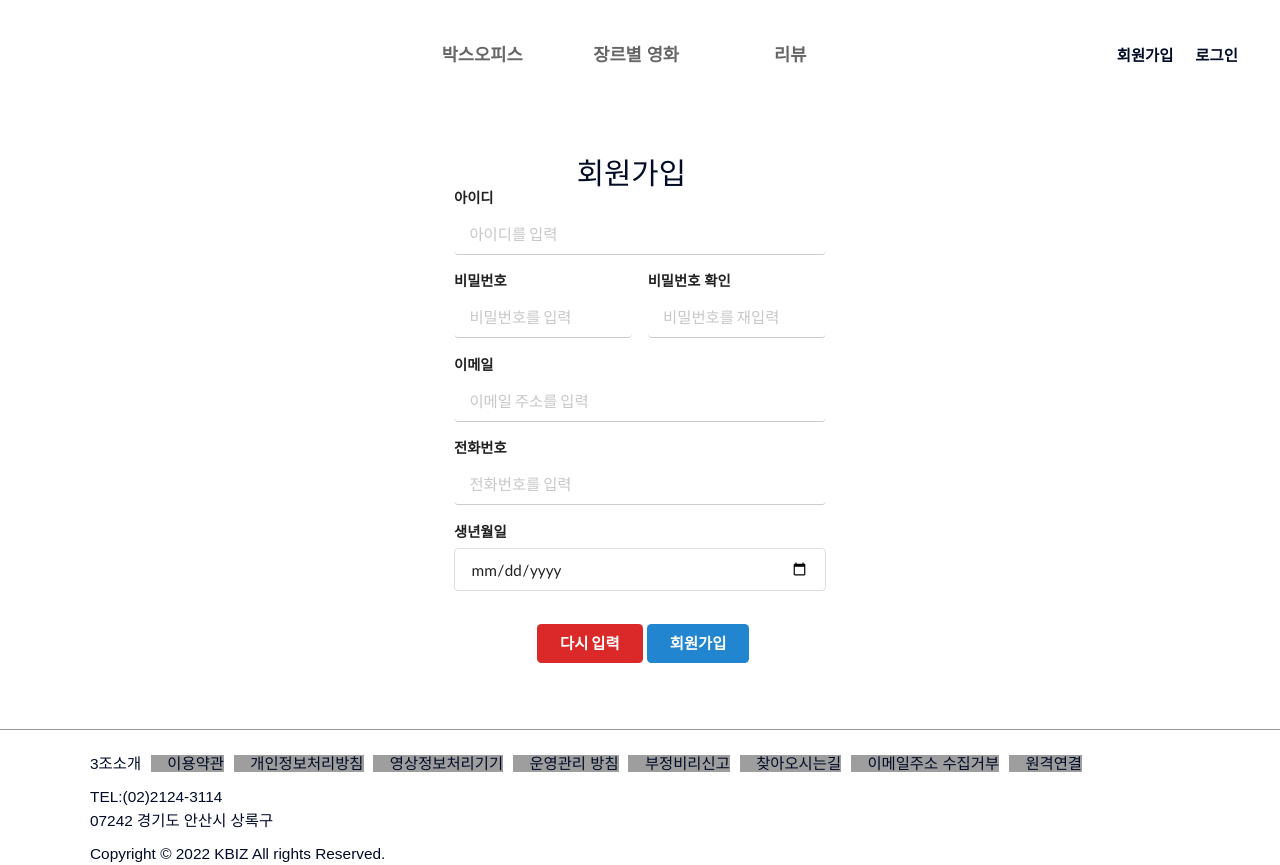
Repository: Minjeong204/project_Movie
Page: http://localhost/Movie/view/register.jsp
The author's editor kept a copy of each file at every save. The page is drawn from the files as they stood at one save, then again after the next save.
The browser window is 1280 px wide. The pictures show the whole page.
Pictures or frames that could not be fetched are drawn as grey boxes. Some web libraries are served in a nearby version. The page is served by Tomcat 9. Nobody is signed in. The application's start-up code is not run. Other server files are loaded and not shown. The template is opened directly, without the code that normally fills it, so the values that code supplies are empty.

Above is the page before, as saved 2022-12-27 10:00:28.

### JSP-Project/Movie/WebContent/view/register.jsp
<%@ page language="java" contentType="text/html; charset=UTF-8"
	pageEncoding="UTF-8"%>
<link rel="stylesheet" href="/lib/style.css">
<%@ include file="../header.jsp"%>

<%
if (request.getAttribute("error") != null) {
	out.print("<script>swal('오류', '" + request.getAttribute("error") + "', 'error');</script>");
}

if (request.getAttribute("regID") != null) {
	out.print("<script>swal('회원가입 환영', '" + request.getAttribute("regID")
	+ "님의 가입을 환영합니다.', 'success').then((val) => {location.href = '/';});</script>");
}
%>

<div class="ui container">
	<form class="ui form" id="reg_box"  action="/registerController.do" method="POST">
		<h2 class="join_title">회원가입</h2>
		<div class="field">
			<label>아이디</label> <input type="text" name="userId" id="userId"
				placeholder="아이디를 입력">
		</div>

		<div class="two fields">
			<div class="field">
				<label>비밀번호</label> <input type="password" name="userPW" id="userPW"
					placeholder="비밀번호를 입력">
			</div>

			<div class="field">
				<label>비밀번호 확인</label> <input type="password" name="userRePW"
					id="userRePW" placeholder="비밀번호를 재입력">
			</div>
		</div>

		<div class="field">
			<label>이메일</label> <input type="email" name="userEmail"
				id="userEmail" placeholder="이메일 주소를 입력">
		</div>

		<div class="field">
			<label>전화번호</label> <input type="text" name="userPhone"
				id="userPhone" placeholder="전화번호를 입력">
		</div>

		<div class="field">
			<label>생년월일</label> <input type="date" name="userBirth"
				id="userBirth">
		</div>

		<div class="field" id="reg_btn"
			style="display: flex; justify-content: flex-end; margin-top: 30px;">
			<button type="reset" class="ui red button right">다시 입력</button>
			<button type="button" class="ui primary button right"
				id="registerBtn">회원가입</button>
			<input type="submit" id="registerSubmit" style="display: none;">
		</div>
	</form>
</div>
</div>

<script>
	registerBtn.addEventListener("click", () => {
		if(userId.value.trim() == "") {
			userId.parentElement.classList.add("error");
		}else {
			userId.parentElement.classList.remove("error");
		}

		if(userEmail.value.trim() == "") {
			userEmail.parentElement.classList.add("error");
		}else {
			userEmail.parentElement.classList.remove("error");
		}

		if(userPhone.value.trim() == "") {
			userPhone.parentElement.classList.add("error");
		}else {
			userPhone.parentElement.classList.remove("error");
		}

		if(userBirth.value.trim() == "") {
			userBirth.parentElement.classList.add("error");
		}else {
			userBirth.parentElement.classList.remove("error");
		}

		if(userPW.value.trim() == "") {
			userPW.parentElement.classList.add("error");
		}else {
			userPW.parentElement.classList.remove("error");
		}

		if(userRePW.value.trim() == "") {
			userRePW.parentElement.classList.add("error");
		}else {
			userRePW.parentElement.classList.remove("error");
		}

		if(userId.value.trim() == "" || userPW.value.trim() == "" || userRePW.value.trim() == "" || userEmail.value.trim() == "" || userPhone.value.trim() == "" || userBirth.value.trim() == "") {
			swal("오류", "누락된 항목이 있습니다.", "error");
			return;
		}

		if(userPW.value.trim() !== userRePW.value.trim()) {
			userPW.parentElement.classList.add("error");
			userRePW.parentElement.classList.add("error");
			swal("오류", "비밀번호가 서로 다릅니다.", "error");

			return;
		}else {
			userPW.parentElement.classList.remove("error");
			userRePW.parentElement.classList.remove("error");
			registerSubmit.click();
		}
	});
</script>

<%@ include file="../footer.jsp"%>

### JSP-Project/Movie/WebContent/header.jsp
<%@ page import="vo.MemberVO"%>
<%@ page language="java" contentType="text/html; charset=UTF-8"
	pageEncoding="UTF-8"%>
<%@ taglib prefix="c" uri="http://java.sun.com/jsp/jstl/core"%>
<%@ taglib prefix="fmt" uri="http://java.sun.com/jsp/jstl/fmt"%>

<!DOCTYPE html>
<html>
	<head>
	<meta charset="UTF-8">
	<title>영화 예매</title>
	<link rel="stylesheet" href="/lib/style.css?after">
	<link rel="stylesheet" type="text/css" href="/lib/semantic.min.css">

	<script src="https://code.jquery.com/jquery-3.1.1.min.js"
		integrity="sha256-hVVnYaiADRTO2PzUGmuLJr8BLUSjGIZsDYGmIJLv2b8="
		crossorigin="anonymous"></script>
	<!-- <script src="/lib/semantic.min.js"></script> -->
	<script src="https://unpkg.com/sweetalert/dist/sweetalert.min.js"></script>
	</head>
<%
	MemberVO user = (MemberVO) session.getAttribute("user");
	int userStatus = 0;

	if (user != null) {
		if (user.getId() != null) {
			userStatus = 1;
		}
	}
%>


	<body>
		<div class="ui container">
			<header>
				<nav id="main_navi">
					<ul id="menu">
						<li data-n="1"><a href="/">박스오피스</a></li>
						<!-- 이용안내-->
						<li data-n="2"><a class="click_movie" href="#">장르별 영화</a>
							<ul class="sub">
								<li><a class="genre1" href="/movieList.do?cat_no=1">액션</a></li>
								<li><a class="genre2" href="/movieList.do?cat_no=2">로맨스</a></li>
								<li><a class="genre3" href="/movieList.do?cat_no=3">코미디</a></li>
								<li><a class="genre4" href="/movieList.do?cat_no=4">스릴러</a></li>
								<li><a class="genre5" href="/movieList.do?cat_no=5">애니메이션</a></li>
							</ul></li>
						<!-- 전시-->
						<li data-n="3"><a href="/review.do">리뷰</a> <!-- 프로그램--> <!-- 나만의 페이지-->
					</ul>
					<!--menu-->
				</nav>

				<%
				if (userStatus == 1) {
					if (user.getId().equals("admin")) {
				%>

				<div class="right item">
					<p style="margin: 0 15px;"><%=user.getId()%>님
					</p>
					<div class="ui primary button"
						onclick="location.href = '/view/register.jsp';">영화 추가</div>
				</div>

				<div class="item">
					<div class="ui button"
						onclick="location.href = '/view/myTickets.jsp';">전체 예메목록</div>
				</div>

				<div class="item">
					<div class="ui button"
						onclick="swal('Success', '로그아웃 성공', 'success').then((val) => {location.href = '/view/logout.jsp';});">로그아웃</div>
				</div>
				<%
				} else {
				%>

				<div class="right item">
					<p class="user_id"><%=user.getId()%>님</p>


				<div class="item">
					<div class="logout ui button"
						onclick="swal('Success', '로그아웃 성공', 'success').then((val) => {location.href = '/view/logout.jsp';});">로그아웃</div>
				</div>

				<%
				}
				} else {
				%>
				<ul class="quick">
					<li onclick="location.href = '/view/register.jsp';">회원가입</li>
					<li onclick="location.href = '/view/login.jsp';">로그인</li>
				</ul>
				<%
				}
				%>
		</div>
		</header>
		</div>
		<script type="text/javascript">
		$(document).ready(function () {
			  //태그 추가
			  $("#main_navi").before("<div class='bg'></div>");
			  $(".bg,.sub").hide();
			  $("#menu")
			    .mouseenter(function() {
			      $(".bg").stop().slideDown("fast");
			      $(".sub").stop().show();
			    })
			    .mouseleave(function() {
			      $(".bg").stop().slideUp("fast");
			      $(".sub").stop().hide();
			    });
			  $(".bg")
			    .mouseover(function() {
			      $(this).stop().show();
			      $(".sub").stop().show();
			    })
			    .mouseout(function() {
			      $(this).stop().slideUp();
			      $(".sub").stop().slideUp();
			    });

			  $(".click_movie").click(function() {
				  $(".bg").stop().slideDown("fast");
			      $(".sub").stop().show();
			  }).dblclick(function() {
				  $(".bg").stop().slideUp("fast");
			      $(".sub").stop().hide();
			  });
			});
		</script>
	</body>
</html>

### JSP-Project/Movie/WebContent/footer.jsp
<%@ page language="java" contentType="text/html; charset=UTF-8"
    pageEncoding="UTF-8"%>
<link rel="stylesheet" href="/lib/style.css">
<div id="bottom_wrap">
    <footer id="bottom">
      <ul>
        <li><a href="#">3조소개</a></li>
        <li><a href="#">이용약관</a></li>
        <li><a href="#">개인정보처리방침</a></li>
        <li><a href="#">영상정보처리기기</a></li>
        <li><a href="#">운영관리 방침</a></li>
        <li><a href="#">부정비리신고</a></li>
        <li><a href="#">찾아오시는길</a></li>
        <li><a href="#">이메일주소 수집거부</a></li>
        <li><a href="#">원격연결</a></li>
      </ul>
      <address class="add">
        TEL:(02)2124-3114<br />
        <span class="add_sub">07242 경기도 안산시 상록구</span>
      </address>
      <p>Copyright &copy; 2022 KBIZ All rights Reserved.</p>
    </footer>
  </div>
</body>
</html>

Loaded but not shown: JSP-Project/Movie/WebContent/lib/style.css (library); JSP-Project/Movie/WebContent/lib/semantic.min.css (library)

After the next save:
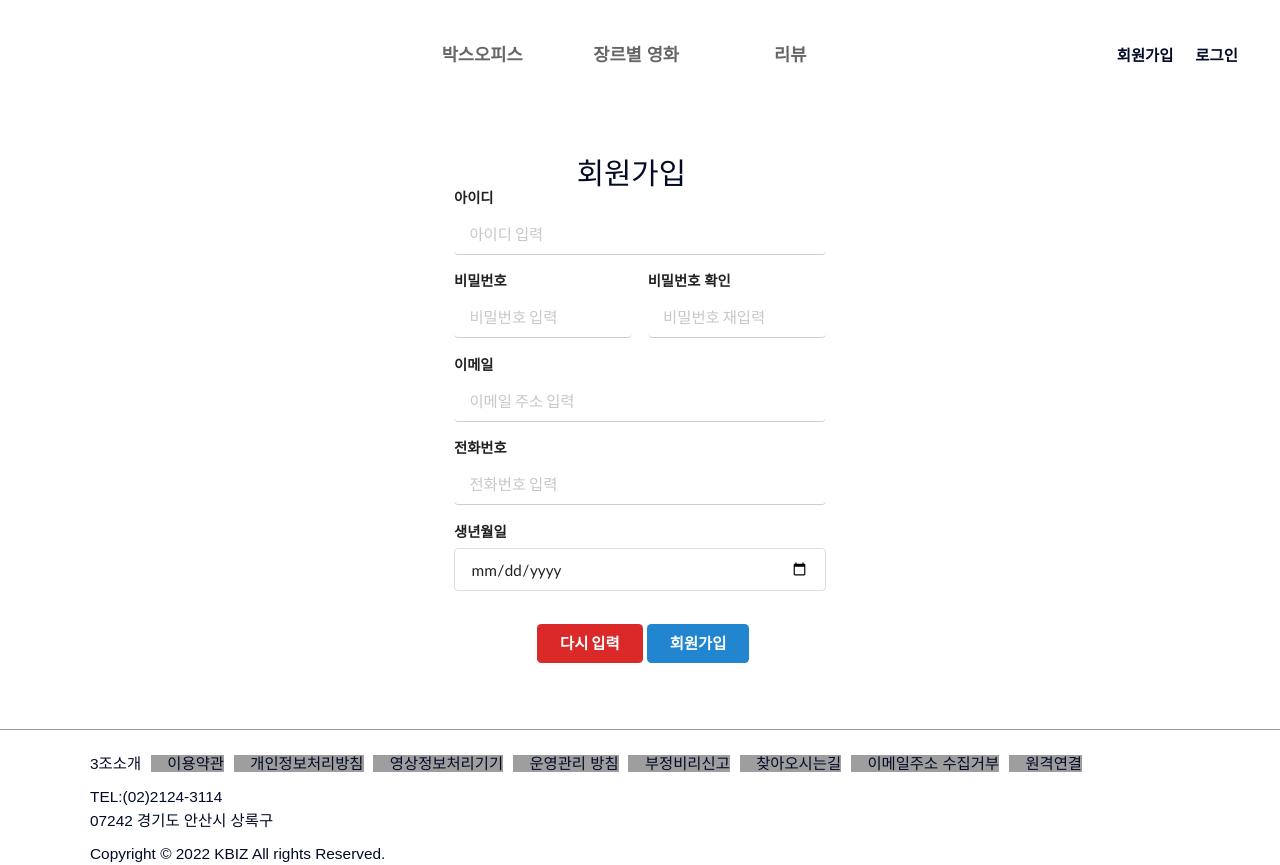
Saved 22 s later.
--- a/JSP-Project/Movie/WebContent/view/register.jsp
+++ b/JSP-Project/Movie/WebContent/view/register.jsp
@@ -19,29 +19,29 @@ if (request.getAttribute("regID") != null) {
 		<h2 class="join_title">회원가입</h2>
 		<div class="field">
 			<label>아이디</label> <input type="text" name="userId" id="userId"
-				placeholder="아이디를 입력">
+				placeholder="아이디 입력">
 		</div>
 
 		<div class="two fields">
 			<div class="field">
 				<label>비밀번호</label> <input type="password" name="userPW" id="userPW"
-					placeholder="비밀번호를 입력">
+					placeholder="비밀번호 입력">
 			</div>
 
 			<div class="field">
 				<label>비밀번호 확인</label> <input type="password" name="userRePW"
-					id="userRePW" placeholder="비밀번호를 재입력">
+					id="userRePW" placeholder="비밀번호 재입력">
 			</div>
 		</div>
 
 		<div class="field">
 			<label>이메일</label> <input type="email" name="userEmail"
-				id="userEmail" placeholder="이메일 주소를 입력">
+				id="userEmail" placeholder="이메일 주소 입력">
 		</div>
 
 		<div class="field">
 			<label>전화번호</label> <input type="text" name="userPhone"
-				id="userPhone" placeholder="전화번호를 입력">
+				id="userPhone" placeholder="전화번호 입력">
 		</div>
 
 		<div class="field">
